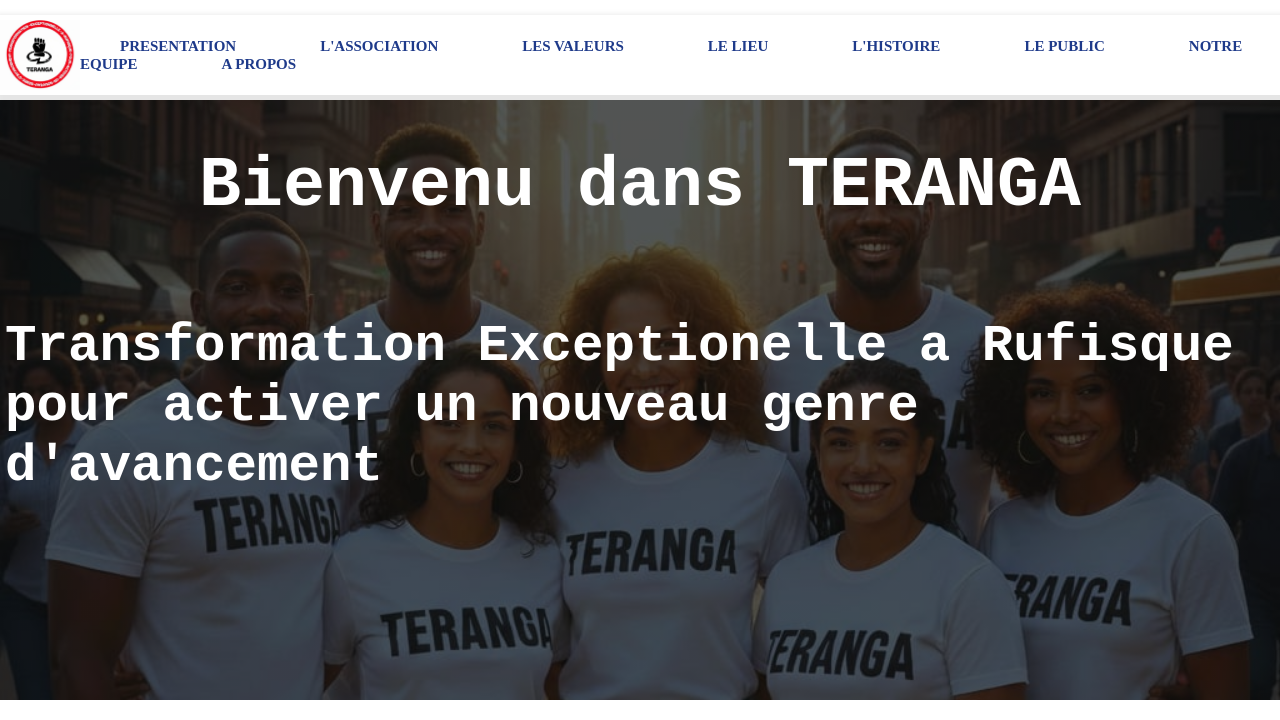
Repository: assanendao171/projet-teranga
Page: presentation.html
The author's editor kept a copy of each file at every save. The page is drawn from the files as they stood at one save, then again after a run of saves.
The browser window is 1280 px wide. The pictures show the whole page.

Above is the page before, as saved 2026-02-11 12:20:43.

After the next 2 saves:
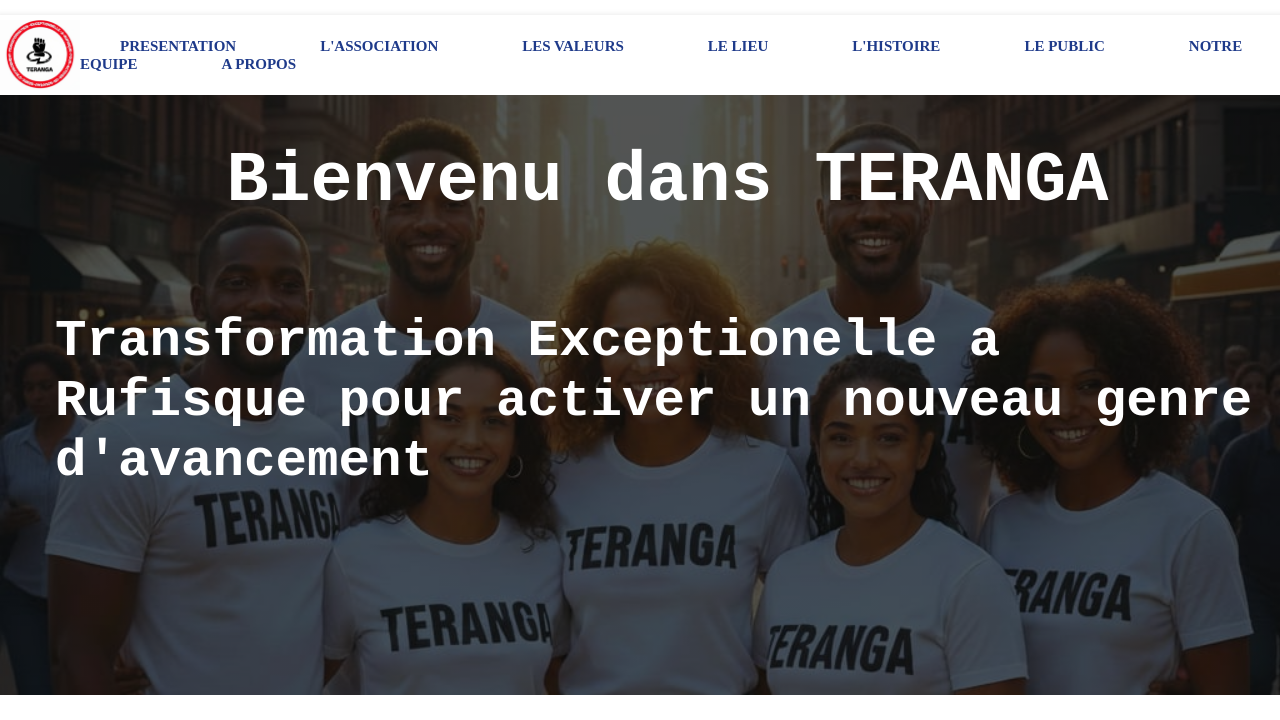
The 2 saves are shown as one change because they came seconds apart.
The last was saved 10 s later.
--- a/presentation.css
+++ b/presentation.css
@@ -42,5 +42,5 @@ align-items: center;
 color: rgb(255, 255, 255);
 font-size: 35px;
 font-family: 'Courier New', Courier, monospace;
-margin: 5px;
+margin-left: 55px;
 }
